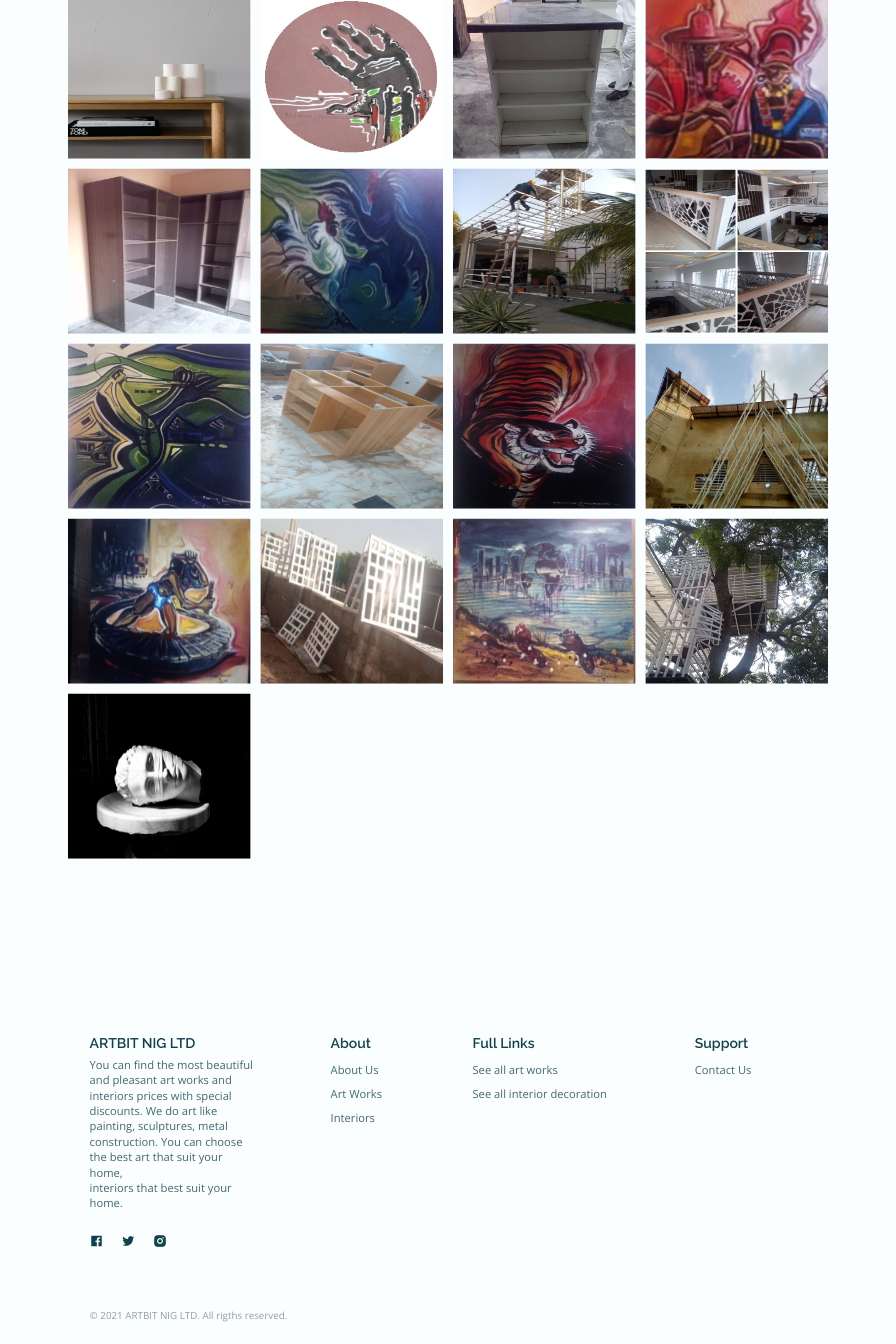
Repository: uche-hub/ARTBIT-WEB
Page: interiors.html
The author's editor kept a copy of each file at every save. The page is drawn from the files as they stood at one save, then again after the next save.
The browser window is 1280 px wide. The pictures show the part of the page from y = 1284 to 3204 px (the page is 3204 px tall), at 70% of full size.

Above is the page before, as saved 2021-11-17 15:42:23.
Console error: TypeError: Cannot read properties of null (reading 'classList')

After the next save:
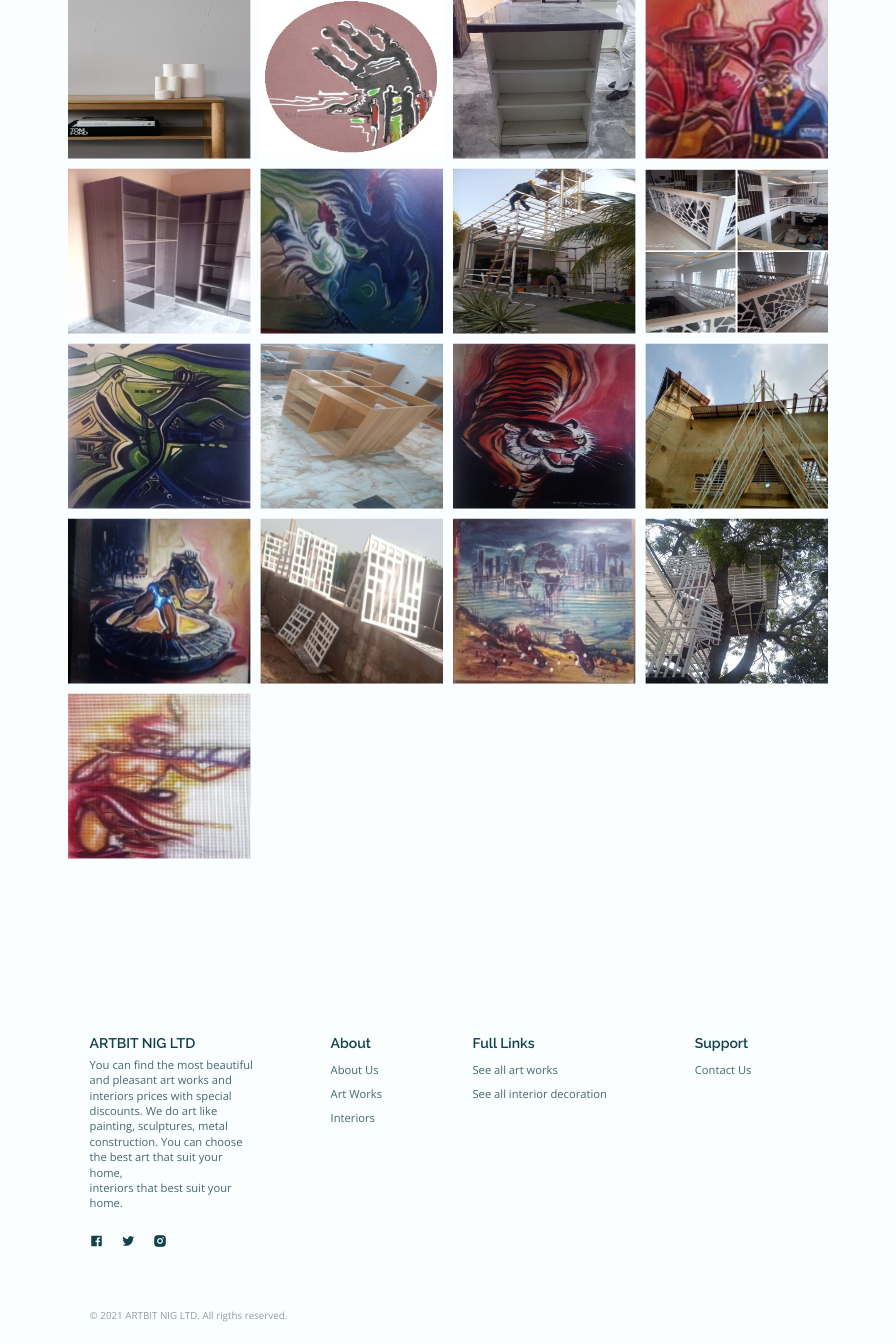
Saved 5 s later.
--- a/interiors.html
+++ b/interiors.html
@@ -177,8 +177,8 @@
             <div class="image" data-name="metal">
               <span><img src="/assets/img/i10.jpeg" alt="metal 4" /></span>
             </div>
-            <div class="image" data-name="sculptures">
-              <span><img src="/assets/img/s4.jpg" alt="sculptures 4" /></span>
+            <div class="image" data-name="painting">
+              <span><img src="/assets/img/a10.jpeg" alt="painting 4" /></span>
             </div>
 
 
